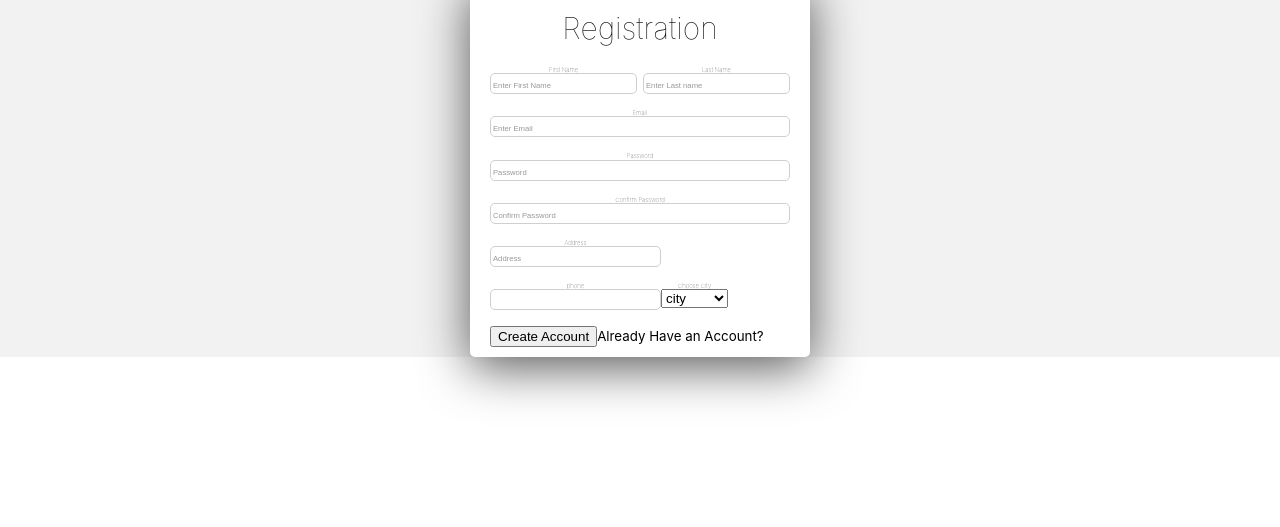
Repository: Fortune-Labs/Event-management-system-CapstoneG3
Page: / (app in frontend/)
The author's editor kept a copy of each file at every save. The page is drawn from the files as they stood at one save, then again after the next save.
The browser window is 1280 px wide. The pictures show the whole page.
The project was rebuilt for these pictures with package versions that can differ from the ones it lists, and the page was loaded fresh each time.

Above is the page before, as saved 2020-09-03 02:25:30.

### frontend/src/App.js
import React from "react";
import "./App.css";
import Register from "./components/LoginSignup/register";

function App() {
  return (
    <div className="App">
      <Register />
    </div>
  );
}

export default App;

### frontend/src/components/LoginSignup/register.jsx
import React from "react";
import "./style.css";

const emailRegex = RegExp(
  /^[a-zA-Z0-9.!#$%&’*+/=?^_`{|}~-]+@[a-zA-Z0-9-]+(?:\.[a-zA-Z0-9-]+)*$/
);

const formValid = ({ formErrors, ...rest }) => {
  let valid = true;

  // validate form errors being empty
  Object.values(formErrors).forEach((val) => {
    val.length > 0 && (valid = false);
  });

  // validate the form was filled out
  Object.values(rest).forEach((val) => {
    val === null && (valid = false);
  });

  return valid;
};
export default class Register extends React.Component {
  constructor(props) {
    super(props);
    this.state = {
      firstName: null,
      lastName: null,
      email: null,
      password: null,
      cpassword: null,
      phone: null,
      address: null,
      city: null,
      formErrors: {
        firstName: "",
        lastName: "",
        email: "",
        password: "",
        cpassword: "",
        phone: "",
        address: "",
        city: "",
      },
    };
  }

  handleSubmit = (e) => {
    e.preventDefault();

    if (formValid(this.state)) {
      //bellow hello we submit form to backend
      console.log(`
        --SUBMITTING--
        First Name: ${this.state.firstName}
        Last Name: ${this.state.lastName}
        Email: ${this.state.email}
        Password: ${this.state.password}
      `);
    } else {
      console.error("FORM INVALID - DISPLAY ERROR MESSAGE");
    }
  };

  handleChange = (e) => {
    e.preventDefault();
    const { name, value } = e.target;
    let formErrors = { ...this.state.formErrors };

    switch (name) {
      case "firstName":
        formErrors.firstName =
          value.length < 3 ? "minimum 3 characaters required" : "";
        break;
      case "lastName":
        formErrors.lastName =
          value.length < 3 ? "minimum 3 characaters required" : "";
        break;
      case "email":
        formErrors.email = emailRegex.test(value)
          ? ""
          : "invalid email address";
        break;
      case "password":
        formErrors.password =
          value.length < 6 ? "minimum 6 characaters required" : "";
        break;
      default:
        break;
    }

    this.setState({ formErrors, [name]: value }, () => console.log(this.state));
  };

  render() {
    const { formErrors } = this.state;
    return (
      <div className="wrapper">
        <div className="form-wrapper">
          <h1>Registration</h1>
          <form onSubmit={this.handleSubmit} noValidate>
            <div className="firstName">
              <label htmlFor="firstName">First Name</label>
              <input
                type="text"
                name="firstName"
                placeholder="Enter First Name"
                noValidate
                onChange={this.handleChange}
              />
              {formErrors.firstName.length > 0 && (
                <span className="errorMessage">{formErrors.firstName}</span>
              )}
            </div>
            <div className="lastName">
              <label htmlFor="lastName">Last Name</label>
              <input
                type="text"
                name="lastName"
                placeholder="Enter Last name"
                noValidate
                onChange={this.handleChange}
              />
              {formErrors.lastName.length > 0 && (
                <span className="errorMessage">{formErrors.lastName}</span>
              )}
            </div>
            <div className="email">
              <label htmlFor="email">Email</label>
              <input
                type="text"
                name="email"
                placeholder="Enter Email"
                noValidate
                onChange={this.handleChange}
              />
              {formErrors.email.length > 0 && (
                <span className="errorMessage">{formErrors.email}</span>
              )}
            </div>
            <div className="password">
              <label htmlFor="password">Password</label>
              <input
                type="password"
                name="password"
                placeholder="Password"
                noValidate
                onChange={this.handleChange}
              />
              {formErrors.password.length > 0 && (
                <span className="errorMessage">{formErrors.password}</span>
              )}
            </div>
            <div className="password">
              <label htmlFor="password">Confirm Password</label>
              <input
                type="password"
                name="cpassword"
                placeholder="Confirm Password"
                noValidate
                onChange={this.handleChange}
              />
              {formErrors.cpassword.length > 0 && (
                <span className="errorMessage">{formErrors.cpassword}</span>
              )}
            </div>

            <div className="address">
              <label htmlFor="address">Address</label>
              <input
                type="text"
                name="address"
                placeholder="Address"
                noValidate
                onChange={this.handleChange}
              />
            </div>

            <div className="phone">
              <label htmlFor="phone">phone</label>
              <input
                type="phone"
                name="phone"
                placeholder=""
                noValidate
                onChange={this.handleChange}
              />
            </div>

            <div className="city">
              <label htmlFor="city">Choose City</label>
              <select
                id="city"
                name="city"
                noValidate
                onChange={this.handleChange}
              >
                <option value="" disabled selected hidden>
                  city
                </option>
                <option value="acc">Accra</option>
                <option value="tma">Tamale</option>
                <option value="ksi">Kumasi</option>
              </select>
            </div>

            <div className="register action-counter">
              <button onClick={this.register} type="submit" className="btn">
                Create Account
              </button>
              <small>Already Have an Account?</small>
            </div>
          </form>
        </div>
      </div>
    );
  }
}

### frontend/src/components/LoginSignup/style.css
body {
  background-attachment: fixed;
  overflow: hidden;
}
.wrapper {
  height: 90%;
  width: 100%;
  display: flex;
  flex-direction: column;
  justify-content: center;
  align-items: center;
  background-color: #f2f2f2;
  margin-top: -20px;
}

.form-wrapper {
  width: 300px;
  display: flex;
  flex-direction: column;
  padding: 10px 20px;
  border-radius: 5px;
  box-shadow: 0px 10px 50px #555;
  background-color: #ffffff;
}

form {
  width: 100%;
  display: flex;
  flex-wrap: wrap;
}

h1 {
  text-align: center;

  color: #111;
  font-size: 30px;
  font-weight: lighter;
  font-family: -apple-system, BlinkMacSystemFont, "Segoe UI", Roboto, Oxygen,
    Ubuntu, Cantarell, "Open Sans", "Helvetica Neue", sans-serif;
}

label {
  font-size: 0.1em;
  margin-bottom: 0.09em;
  color: #222;
  font-weight: lighter;
}

input {
  padding: 2px;
  border-radius: 5px;
  outline: none;
  border: 1px solid #cfcfcf;
  font-size: 0.8em;
}

input::placeholder {
  font-size: 0.6em;
  font-weight: lighter;
  color: #999;
}

input.error {
  border: 1px solid red;
}

.errorMessage {
  color: red;
  font-size: 0.75em;
  display: relative;
}

.firstName {
  margin-right: 1%;
}

.lastName {
  margin-left: 1%;
}

.firstName,
.lastName,
.email,
.password,
.cpassword,
.phone,
.address,
.city {
  display: flex;
  flex-direction: column;
  margin-bottom: 15px;
}

.firstName,
.lastName {
  width: 49%;
}

.email,
.password {
  width: 100%;
}

.createAccount {
  width: 100%;
  display: flex;
  flex-direction: column;
  align-items: center;
}

.createAccount button {
  background-color: #519e8a;
  color: #fff;
  border: 2px solid #fff;
  width: 100%;
  margin-top: 1em;
  padding: 8px 0px;
  font-size: 1em;
  font-weight: lighter;
  letter-spacing: 1px;
  margin-bottom: 0.25em;
}

.createAccount button:hover {
  color: #519e8a;
  background-color: #fff;
  border: 2px solid #519e8a;
}

.createAccount small {
  color: #999;
  font-weight: lighter;
}

Loaded but not shown: frontend/public/index.html (common file); frontend/src/index.js (common file); frontend/src/index.css (common file); frontend/src/serviceWorker.js (common file); frontend/src/App.css (common file)

After the next save:
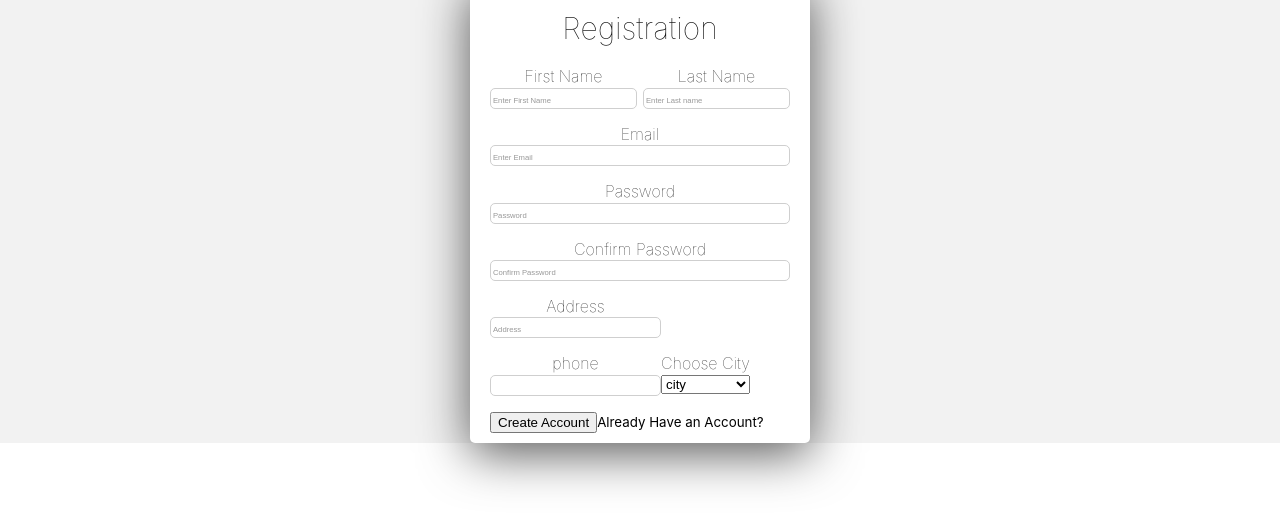
Saved 9 s later.
--- a/frontend/src/components/LoginSignup/style.css
+++ b/frontend/src/components/LoginSignup/style.css
@@ -40,7 +40,6 @@
 }
 
 label {
-  font-size: 0.1em;
   margin-bottom: 0.09em;
   color: #222;
   font-weight: lighter;

After the save that followed:
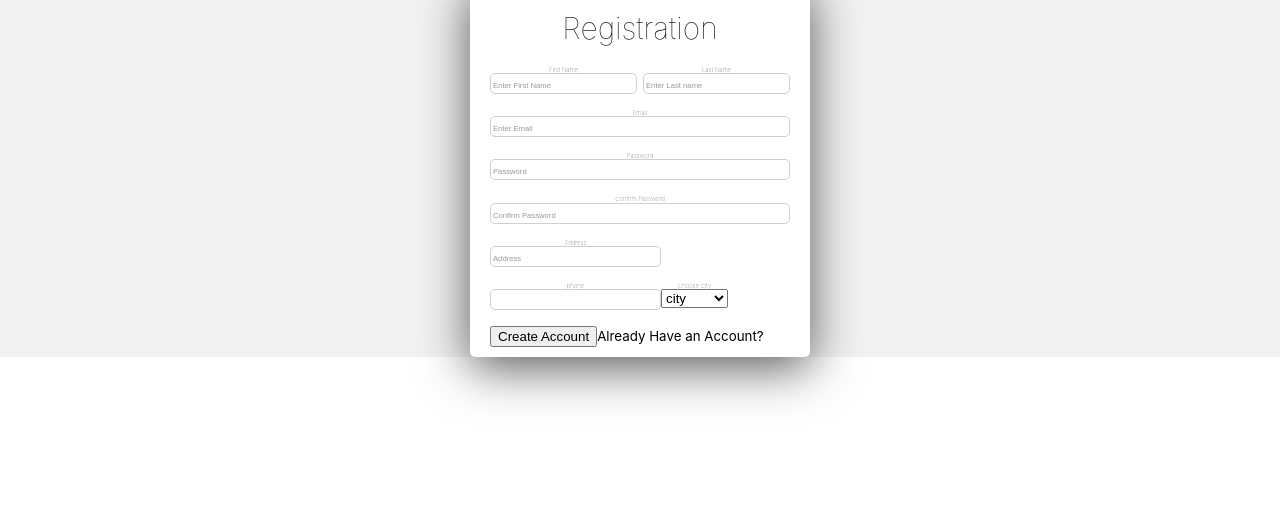
Saved 18 s later.
--- a/frontend/src/components/LoginSignup/style.css
+++ b/frontend/src/components/LoginSignup/style.css
@@ -40,6 +40,7 @@
 }
 
 label {
+  font-size: 0.06em;
   margin-bottom: 0.09em;
   color: #222;
   font-weight: lighter;
